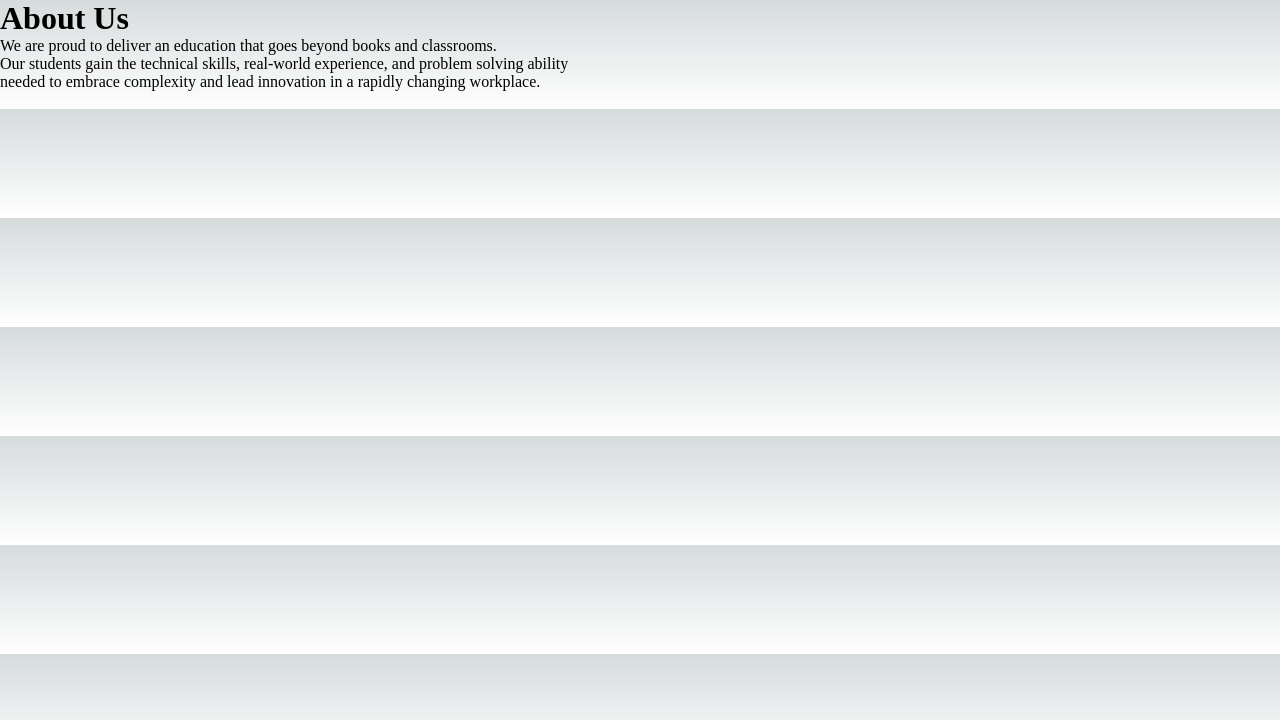
Repository: jennydmcm/assignment-1-playwright-site-A01338943
Page: /about
These files come from the project's save history. The page is drawn as it stood at one moment and after the next save; the edit follows.
The browser window is 1280 px wide. The pictures show the whole page.
The project was rebuilt for these pictures with package versions that can differ from the ones it lists, and the page was loaded fresh each time. The framework's server and built-in components were replaced by stand-ins that run in the browser. Also part of the build but not shown: next.config.js, styles/About.module.css.

Above is the page before, as saved 2023-02-03 16:00:27.

### pages/_app.js
import '../styles/globals.css'
import '../styles/variables.css'

function MyApp({ Component, pageProps }) {
  return <Component {...pageProps} />
}

export default MyApp

### pages/about.js
import Head from 'next/head'
import Image from 'next/image'
import { Inter } from '@next/font/google'
import styles from '@/styles/About.module.css'

const inter = Inter({ subsets: ['latin'] })

export default function Home() {
  return (
    <>
      <Head>
        <title>{'About Us'}</title>
        <meta name="description" content="Generated by create next app" />
        <meta name="viewport" content="width=device-width, initial-scale=1" />
        <meta name="author" content={'MDIA 2109'} />
        <meta name="og:title" content={"Assignment #1 - About Us Page"}/>
        <meta name="og:description" content={'BCIT Digital Design and Development Diploma'} />
        <link rel="icon" href="/favicon.png" />
      </Head>
      <main className={styles.main}>
        <header>
          <div>
            <h1>About Us</h1>
            <h1></h1>
          </div>
          <div>
            <p>We are proud to deliver an education that goes beyond books and classrooms.</p>
            <p>Our students gain the technical skills, real-world experience, and problem solving ability <br></br>
            needed to embrace complexity and lead innovation in a rapidly changing workplace.</p>
            <p></p>
            <p></p>
            <p></p>
            <p></p>
            <p></p>
          </div>
          <div>
            <h2></h2>
            <h2></h2>
          </div>
          <div>
            <h3></h3>
          </div>
    </header>
      </main>

      <a>
        <span>
          <img></img>
          <img></img>
        </span>
      </a>


    </>
  )
}

### styles/variables.css
:root{
    --primary-color: #fff;
    --secondary-color: #f4d6b9;
    --ternary-color: #14343d;
    --quaternary-color: #14343d;
    --quinary-color: rgba(16,46,53,0.5);

}

Loaded but not shown: pages/_document.js (common file); pages/api/hello.js (common file); styles/globals.css (common file)

After the next save:
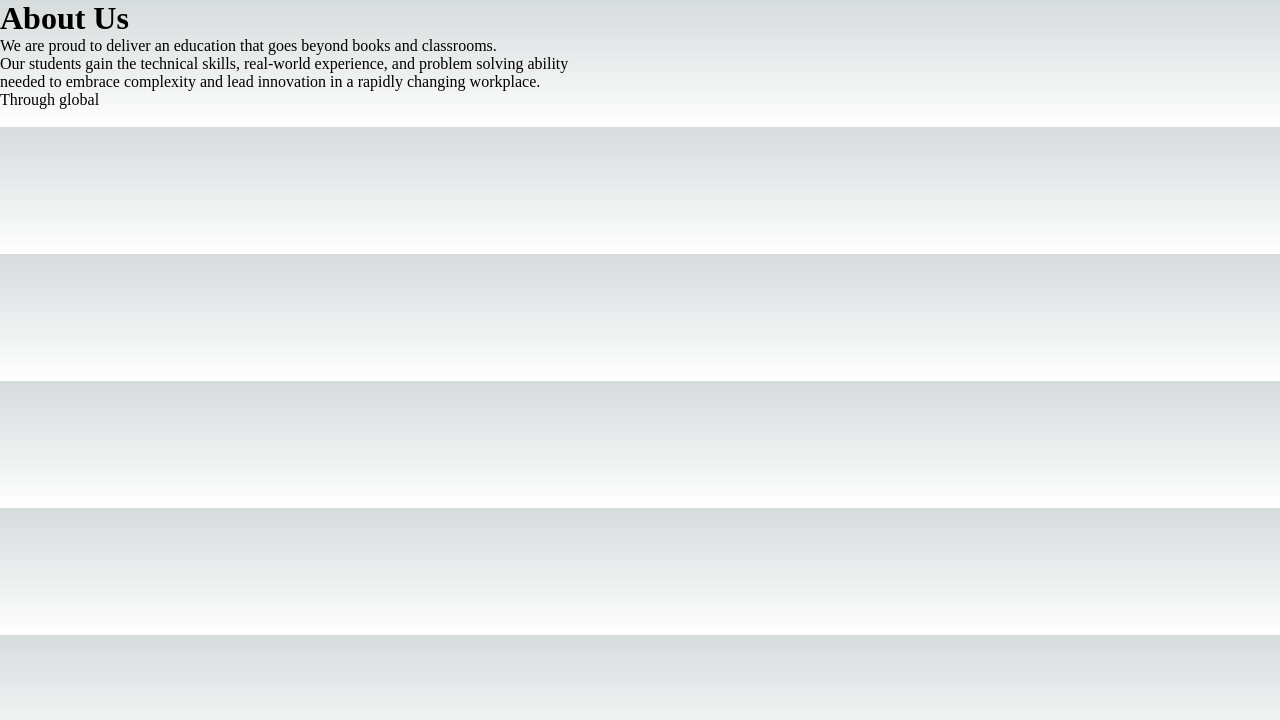
Saved 2 min 8 s later.
--- a/pages/about.js
+++ b/pages/about.js
@@ -27,7 +27,7 @@ export default function Home() {
             <p>We are proud to deliver an education that goes beyond books and classrooms.</p>
             <p>Our students gain the technical skills, real-world experience, and problem solving ability <br></br>
             needed to embrace complexity and lead innovation in a rapidly changing workplace.</p>
-            <p></p>
+            <p>Through global</p>
             <p></p>
             <p></p>
             <p></p>
